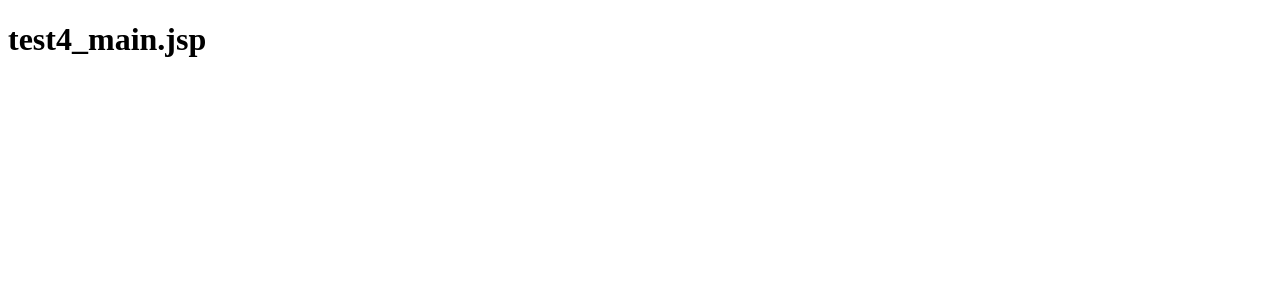
Repository: junesse-afk/ITJSP
Page: http://localhost/StudyJSP/jsp09_servlet/test4_main.jsp
The author's editor kept a copy of each file at every save. The page is drawn from the files as they stood at one save, then again after the next save.
The browser window is 1280 px wide. The pictures show the whole page.
The page is served by Tomcat 10. Other server files are loaded and not shown.

Above is the page before, as saved 2024-11-26 07:31:49.

### workspace_jsp/StudyJSP/src/main/webapp/jsp09_servlet/test4_main.jsp
<%@ page language="java" contentType="text/html; charset=UTF-8"
    pageEncoding="UTF-8"%>
<!DOCTYPE html>
<html>
<head>
<meta charset="UTF-8">
<title>Insert title here</title>
</head>
<body>

	<h1>test4_main.jsp</h1>

</body>
</html>

After the next save:
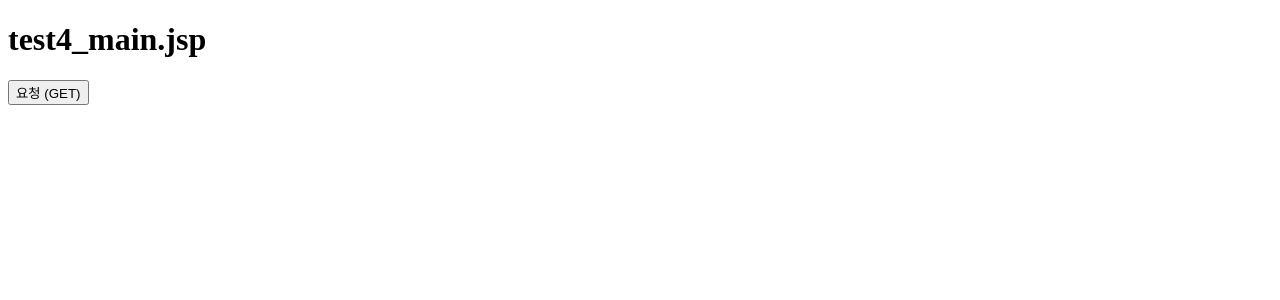
Saved 24 s later.
--- a/workspace_jsp/StudyJSP/src/main/webapp/jsp09_servlet/test4_main.jsp
+++ b/workspace_jsp/StudyJSP/src/main/webapp/jsp09_servlet/test4_main.jsp
@@ -9,6 +9,14 @@
 <body>
 
 	<h1>test4_main.jsp</h1>
+	<form action="" method="get">
+		<input type="submit" value="요청 (GET)">
+	</form>
+
+
+
+
+
 
 </body>
 </html>
